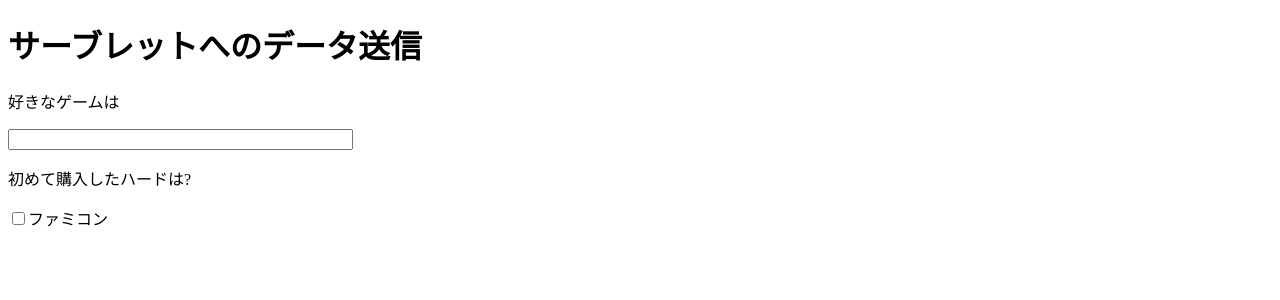
Repository: teamoo24/Java_Servlet_Project
Page: RequestRecvPJ/WebContent/FormSample.html
The author's editor kept a copy of each file at every save. The page is drawn from the files as they stood at one save, then again after the next save.
The browser window is 1280 px wide. The pictures show the whole page.

Above is the page before, as saved 2019-05-15 13:41:12.

After the next save:
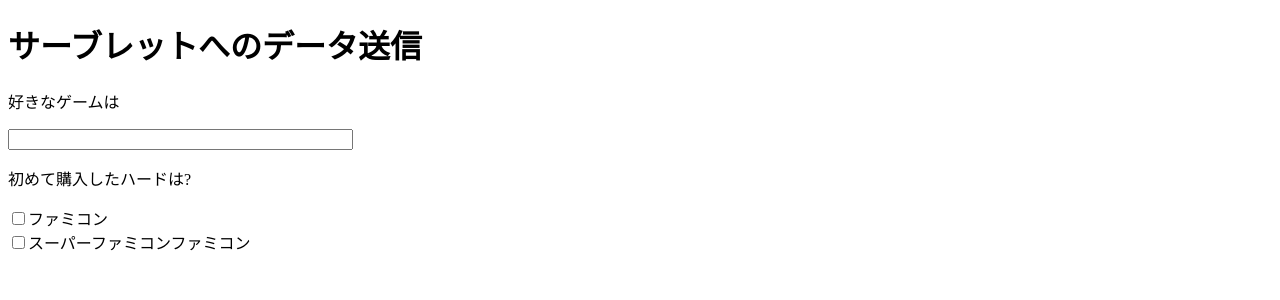
Saved 43 s later.
--- a/RequestRecvPJ/WebContent/FormSample.html
+++ b/RequestRecvPJ/WebContent/FormSample.html
@@ -11,7 +11,7 @@
 <input type="TEXT" name="GAME" size=40>
 <p>初めて購入したハードは?</p>
 <input type="checkbox" name="Hard" value="ファミコン">ファミコン<br/>
-
+<input type="checkbox" name="Hard" value="スーパーファミコン">スーパーファミコンファミコン<br/>
 </form>
 </body>
 </html>
